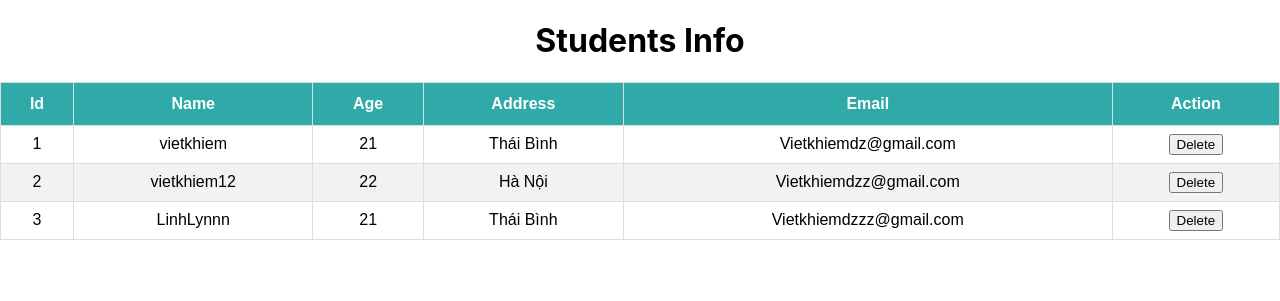
Repository: vietkhiem/TypeScript
Page: /
These files come from the project's save history. The page is drawn as it stood at one moment and after the next save; the edit follows.
The browser window is 1280 px wide. The pictures show the whole page.
The project was rebuilt for these pictures with package versions that can differ from the ones it lists, and the page was loaded fresh each time.

Above is the page before, as saved 2022-03-18 17:05:32.

After the next save:
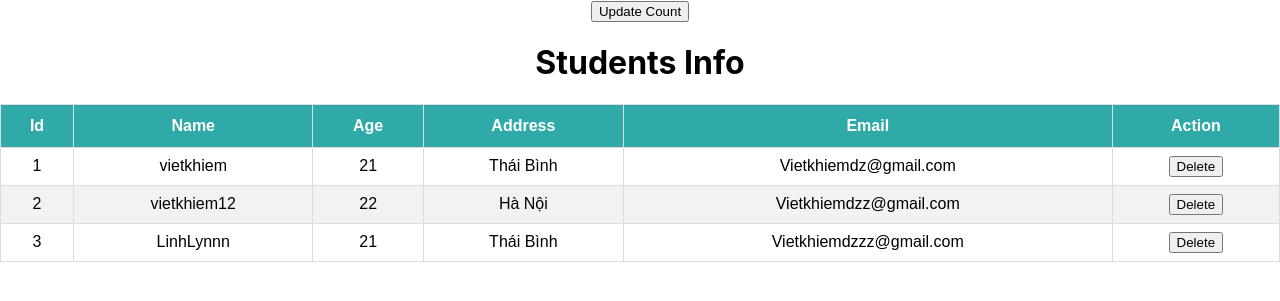
Saved 105 s later.
--- a/src/App.tsx
+++ b/src/App.tsx
@@ -31,6 +31,7 @@ function App() {
   ]
   return (
     <div className="App">
+      <button onClick={() => setCount(count+1)}>Update Count</button>
       {/* thêm view login vào trong App.tsx */}
         <Login />
         {/* thêm components table vào app */}
